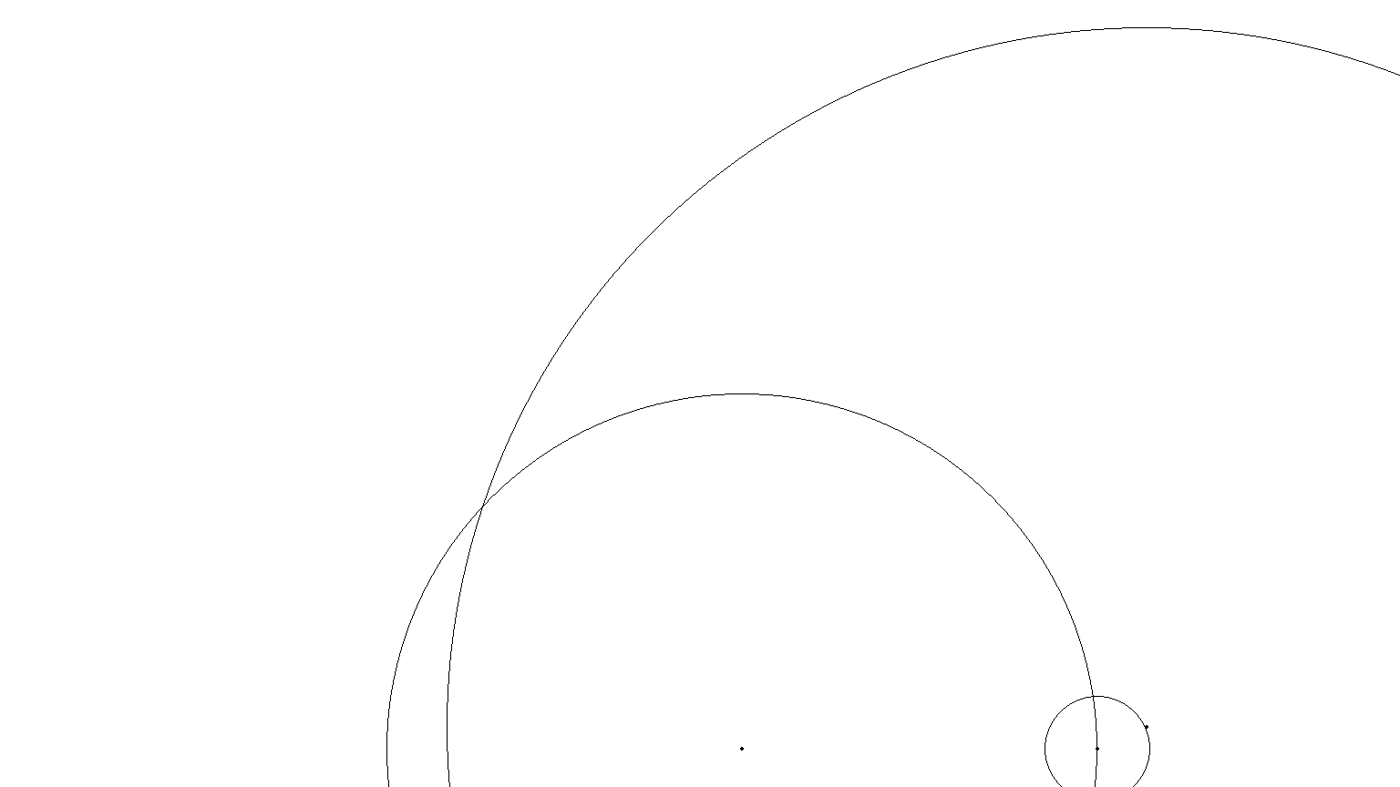
Repository: Liuuuv/animation_cercles
Script's output: python animation cercles.py
These files come from the project's save history. The script's output is drawn as it stood at one moment and after the next save; the edit follows.
Figures wider than 1,400 px are first shrunk to that width. The window is shown after at most 60 frames with no key pressed. Random numbers start from a fixed seed.

Above is the script's output before, as saved 2024-11-08 20:39:45.

After the next save:
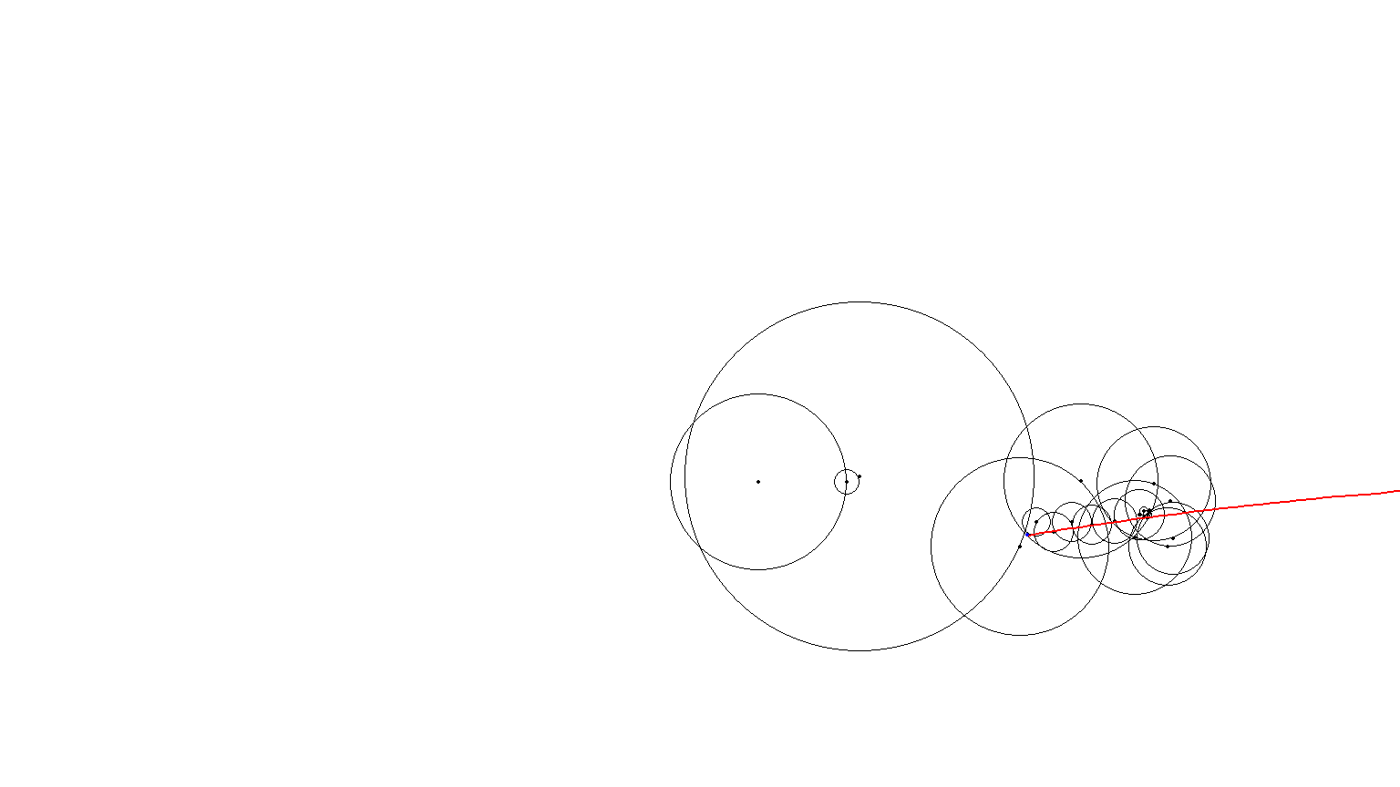
Saved 7 s later.
--- a/animation cercles.py
+++ b/animation cercles.py
@@ -19,7 +19,7 @@ bleu=(0,0,255)
 
 
 FPS=144
-ECHELLE=200
+ECHELLE=50
 
 
 class Cercle:
